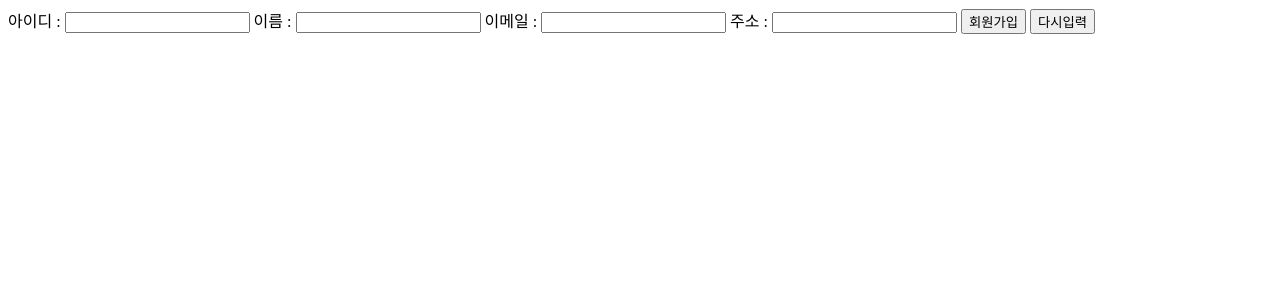
Repository: lch901/webStudy
Page: http://localhost/a20_8_24/memberForm.jsp
The author's editor kept a copy of each file at every save. The page is drawn from the files as they stood at one save, then again after a run of saves.
The browser window is 1280 px wide. The pictures show the whole page.
The page is served by Tomcat 9.

Above is the page before, as saved 2020-08-24 01:43:32.

After the next 2 saves:
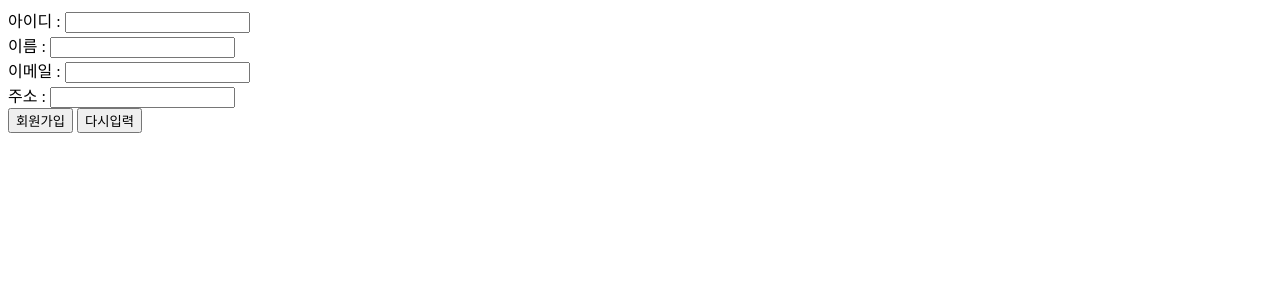
The 2 saves are shown as one change because they came seconds apart.
The last was saved 28 s later.
--- a/a20_8_24/WebContent/memberForm.jsp
+++ b/a20_8_24/WebContent/memberForm.jsp
@@ -8,12 +8,12 @@
 </head>
 <body>
 	<form action="join.jsp" method="get">
-		아이디 : <input type="text" name="id">
-		이름 : <input type="text" name="name">
-		이메일 : <input type="email" name="email">
-		주소 : <input type="text" name="address">
+		아이디 : <input type="text" name="id"><br/>
+		이름 : <input type="text" name="name"><br/>
+		이메일 : <input type="email" name="email"><br/>
+		주소 : <input type="text" name="address"><br/>
 		<input type="submit" value="회원가입">
-		<input type="reset" value="다시입력">
+		<input type="reset" value="다시입력"><br/>
 	</form>
 </body>
 </html>
